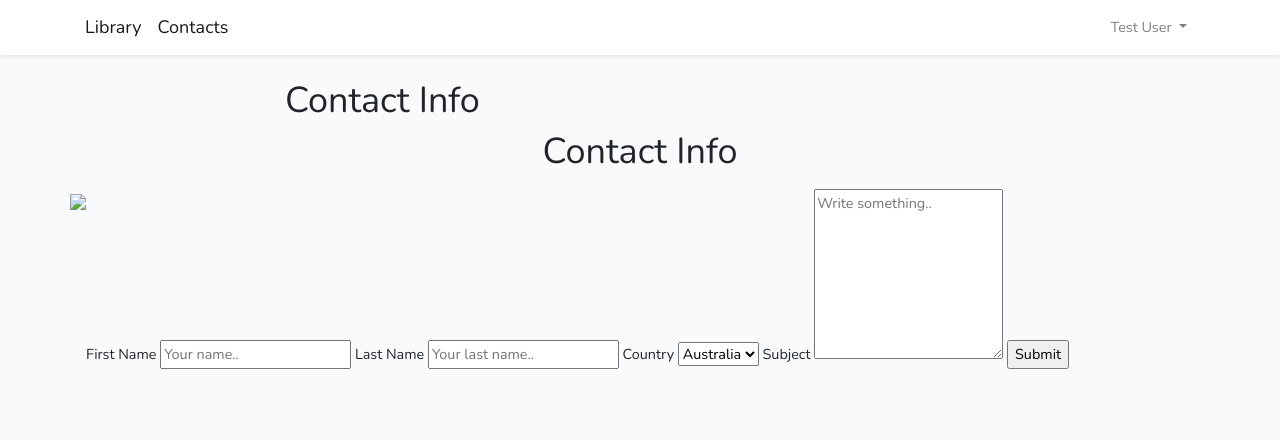
Repository: laravel-sys/groupOne
Page: http://localhost/contacts
The author's editor kept a copy of each file at every save. The page is drawn from the files as they stood at one save, then again after a run of saves.
The browser window is 1280 px wide. The pictures show the whole page.
The page is served by the project's Laravel application, run on PHP 8.4 with Laravel 8. A made-up administrator, Test User (test@example.com), is signed in. Other server files are loaded and not shown. Style sheets and scripts are compiled from the project's sources, by tool versions that may differ from the author's. Queries for data that is not in the repository find no rows.

Above is the page before, as saved 2021-03-26 22:31:39.

### routes/web.php
<?php
use App\Http\Controllers\ContactsController;
use Illuminate\Support\Facades\Route;

/*
|--------------------------------------------------------------------------
| Web Routes
|--------------------------------------------------------------------------
|
| Here is where you can register web routes for your application. These
| routes are loaded by the RouteServiceProvider within a group which
| contains the "web" middleware group. Now create something great!
|
*/

Route::get('/', function () {
    return view('welcome');
});

Auth::routes();

Route::get('/home', [App\Http\Controllers\HomeController::class, 'index'])->name('home');

Route::resource('contacts', ContactsController::class);

### app/Models/User.php
<?php

namespace App\Models;

use Illuminate\Contracts\Auth\MustVerifyEmail;
use Illuminate\Database\Eloquent\Factories\HasFactory;
use Illuminate\Foundation\Auth\User as Authenticatable;
use Illuminate\Notifications\Notifiable;

class User extends Authenticatable
{
    use HasFactory, Notifiable;

    /**
     * The attributes that are mass assignable.
     *
     * @var array
     */
    protected $fillable = [
        'name',
        'email',
        'password',
    ];

    /**
     * The attributes that should be hidden for arrays.
     *
     * @var array
     */
    protected $hidden = [
        'password',
        'remember_token',
    ];

    /**
     * The attributes that should be cast to native types.
     *
     * @var array
     */
    protected $casts = [
        'email_verified_at' => 'datetime',
    ];

    public function contacts(){
        return $this->hasMany(Contact::class);
    }
}

### app/Http/Controllers/ContactsController.php
<?php

namespace App\Http\Controllers;

use App\Models\Contact;
use Illuminate\Http\Request;

use Illuminate\Support\Facades\Auth;

class ContactsController extends Controller
{
    public function __construct()
    {
        $this->middleware('auth' ,['except' => [
            'index',
        ]]);
        //$this->middleware('auth');
    }

    /**
     * Display a listing of the resource.
     *
     * @return \Illuminate\Http\Response
     */
    public function index()
    {
        $user=Auth::user();
        return view('index',['contacts'=>$user->contacts]);
        //return "OK";
    }

    /**
     * Show the form for creating a new resource.
     *
     * @return \Illuminate\Http\Response
     */
    public function create()
    {
        return view('create');
    }

    /**
     * Store a newly created resource in storage.
     *
     * @param  \Illuminate\Http\Request  $request
     * @return \Illuminate\Http\Response
     */
    public function store(Request $request)
    {
        request()->validate([
            'name' => 'required',
            'email' => 'required',
            'phone' => 'required',
            'subject' => 'required',
            'message' => 'required',
        ]);

        $contact->name = request('name');
        $contact->email = request('email');
        $contact->phone = request('phone');
        $contact->subject = request('subject');
        $contact->message = request('message');
        $contact->user_id = Auth::user()->id;

        $task->save();
        return redirect('contacts');
    }

    /**
     * Display the specified resource.
     *
     * @param  \App\Models\Contact  $contact
     * @return \Illuminate\Http\Response
     */
    public function show(Contact $contact)
    {
        return view('show', ['contact' => $contact]);
    }

    /**
     * Show the form for editing the specified resource.
     *
     * @param  \App\Models\Contact  $contact
     * @return \Illuminate\Http\Response
     */
    public function edit(Contact $contact)
    {
        return view('edit' , ['contact' => $contact]);
    }

    /**
     * Update the specified resource in storage.
     *
     * @param  \Illuminate\Http\Request  $request
     * @param  \App\Models\Contact  $contact
     * @return \Illuminate\Http\Response
     */
    public function update(Request $request, Contact $contact)
    {
        request()->validate([
            'name' => 'required',
            'email' => 'required',
            'phone' => 'required',
            'subject' => 'required',
            'message' => 'required',
        ]);

        $contact->name = request('name');
        $contact->email = request('email');
        $contact->phone = request('phone');
        $contact->subject = request('subject');
        $contact->message = request('message');
        $contact->user_id = Auth::user()->id;

        $contact->save();
        return redirect(route('contacts.index'));
    }

    /**
     * Remove the specified resource from storage.
     *
     * @param  \App\Models\Contact  $contact
     * @return \Illuminate\Http\Response
     */
    public function destroy(Contact $contact)
    {
        // $contact->delete();
        // return redirect(route('contacts.index'));
    }
}

### app/Models/Contact.php
<?php

namespace App\Models;

use Illuminate\Database\Eloquent\Factories\HasFactory;
use Illuminate\Database\Eloquent\Model;

class Contact extends Model
{
    use HasFactory;
    public function user(){
        return $this->belongsTo(User::class);
    }
}

### resources/views/index.blade.php
@extends('layouts.app')

@section('content')
<div class="container">
    <div class="col-lg-8 m-auto">
        <h1>Contact Info</h1>
        @foreach ($contacts as $contact)
            <div class="card mt-3">
                <p><a href="contacts/{{$contact->id}}"></p>
                <h3>Name:{{$contact->name}}</h3>
                <h3>Email:{{$contact->email}}</h3>
                <h3>Phone Number:{{$contact->phone}}</h3>
                <h3>Subject:{{$contact->subject}}</h3>
                <h3>Message:{{$contact->message}}</h3>
            </div>

        @endforeach
    </div>
</div>



            <div class="container">
            <div style="text-align:center">
                <h1>Contact Info</h1>
                    <p></p>
            </div>
            <div class="row">
                <div class="column">
                <img src="/w3images/map.jpg" style="width:100%">
                </div>
                <div class="column">
                <form action="/action_page.php">
                    <label for="fname">First Name</label>
                    <input type="text" id="fname" name="firstname" placeholder="Your name..">
                    <label for="lname">Last Name</label>
                    <input type="text" id="lname" name="lastname" placeholder="Your last name..">
                    <label for="country">Country</label>
                    <select id="country" name="country">
                    <option value="australia">Australia</option>
                    <option value="canada">Canada</option>
                    <option value="usa">USA</option>
                    </select>
                    <label for="subject">Subject</label>
                    <textarea id="subject" name="subject" placeholder="Write something.." style="height:170px"></textarea>
                    <input type="submit" value="Submit">
                </form>
                </div>
              </div>
            </div>
@endsection

### resources/views/layouts/app.blade.php
<!doctype html>
<html lang="{{ str_replace('_', '-', app()->getLocale()) }}">
<head>
    <meta charset="utf-8">
    <meta name="viewport" content="width=device-width, initial-scale=1">

    <!-- CSRF Token -->
    <meta name="csrf-token" content="{{ csrf_token() }}">

    <title>{{ config('app.name', 'Laravel') }}</title>

    <!-- Scripts -->
    <script src="{{ asset('js/app.js') }}" defer></script>

    <!-- Fonts -->
    <link rel="dns-prefetch" href="//fonts.gstatic.com">
    <link href="https://fonts.googleapis.com/css?family=Nunito" rel="stylesheet">
    <link rel="stylesheet" href="https://cdn.jsdelivr.net/npm/bootstrap@4.6.0/dist/css/bootstrap.min.css" integrity="sha384-B0vP5xmATw1+K9KRQjQERJvTumQW0nPEzvF6L/Z6nronJ3oUOFUFpCjEUQouq2+l" crossorigin="anonymous">

    <!-- Styles -->
    <link href="{{ asset('css/app.css') }}" rel="stylesheet">
</head>
<body>
    <div id="app">
        <nav class="navbar navbar-expand-md navbar-light bg-white shadow-sm">
            <div class="container">
                <a class="navbar-brand" href="{{ url('/home') }}">
                   Library
                </a>
                <button class="navbar-toggler" type="button" data-toggle="collapse" data-target="#navbarSupportedContent" aria-controls="navbarSupportedContent" aria-expanded="false" aria-label="{{ __('Toggle navigation') }}">
                    <span class="navbar-toggler-icon"></span>
                </button>

                <div class="collapse navbar-collapse" id="navbarSupportedContent">
                    <!-- Left Side Of Navbar -->
                    <ul class="navbar-nav mr-auto">
                            <a class="navbar-brand" href="{{ url('/contacts') }}">
                                  Contacts
                            </a>
                    </ul>

                    <!-- Right Side Of Navbar -->
                    <ul class="navbar-nav ml-auto">
                        <!-- Authentication Links -->
                        @guest
                            @if (Route::has('login'))
                                <li class="nav-item">
                                    <a class="nav-link" href="{{ route('login') }}">{{ __('Login') }}</a>
                                </li>
                            @endif

                            @if (Route::has('register'))
                                <li class="nav-item">
                                    <a class="nav-link" href="{{ route('register') }}">{{ __('Register') }}</a>
                                </li>
                            @endif
                        @else
                            <li class="nav-item dropdown">
                                <a id="navbarDropdown" class="nav-link dropdown-toggle" href="#" role="button" data-toggle="dropdown" aria-haspopup="true" aria-expanded="false" v-pre>
                                    {{ Auth::user()->name }}
                                </a>

                                <div class="dropdown-menu dropdown-menu-right" aria-labelledby="navbarDropdown">
                                    <a class="dropdown-item" href="{{ route('logout') }}"
                                       onclick="event.preventDefault();
                                                     document.getElementById('logout-form').submit();">
                                        {{ __('Logout') }}
                                    </a>

                                    <form id="logout-form" action="{{ route('logout') }}" method="POST" class="d-none">
                                        @csrf
                                    </form>
                                </div>
                            </li>
                        @endguest
                    </ul>
                </div>
            </div>
        </nav>

        <main class="py-4">
            @yield('content')
        </main>
    </div>

    <script src="https://code.jquery.com/jquery-3.5.1.slim.min.js" integrity="sha384-DfXdz2htPH0lsSSs5nCTpuj/zy4C+OGpamoFVy38MVBnE+IbbVYUew+OrCXaRkfj" crossorigin="anonymous"></script>
    <script src="https://cdn.jsdelivr.net/npm/bootstrap@4.6.0/dist/js/bootstrap.bundle.min.js" integrity="sha384-Piv4xVNRyMGpqkS2by6br4gNJ7DXjqk09RmUpJ8jgGtD7zP9yug3goQfGII0yAns" crossorigin="anonymous"></script>

</body>
</html>

Loaded but not shown: app/Http/Controllers/Auth/ConfirmPasswordController.php (common file); app/Http/Controllers/Controller.php (common file); resources/sass/app.scss (common file); resources/sass/_variables.scss (common file)

After the next 3 saves:
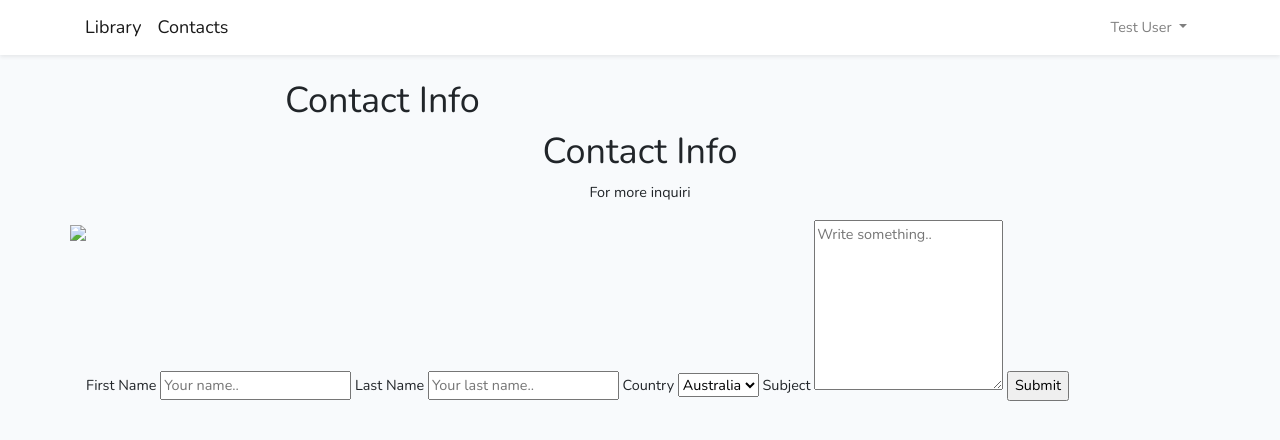
The 3 saves are shown as one change because they came seconds apart.
The last was saved 13 s later.
--- a/resources/views/index.blade.php
+++ b/resources/views/index.blade.php
@@ -23,7 +23,7 @@
             <div class="container">
             <div style="text-align:center">
                 <h1>Contact Info</h1>
-                    <p></p>
+                    <p>For more inquiri</p>
             </div>
             <div class="row">
                 <div class="column">
